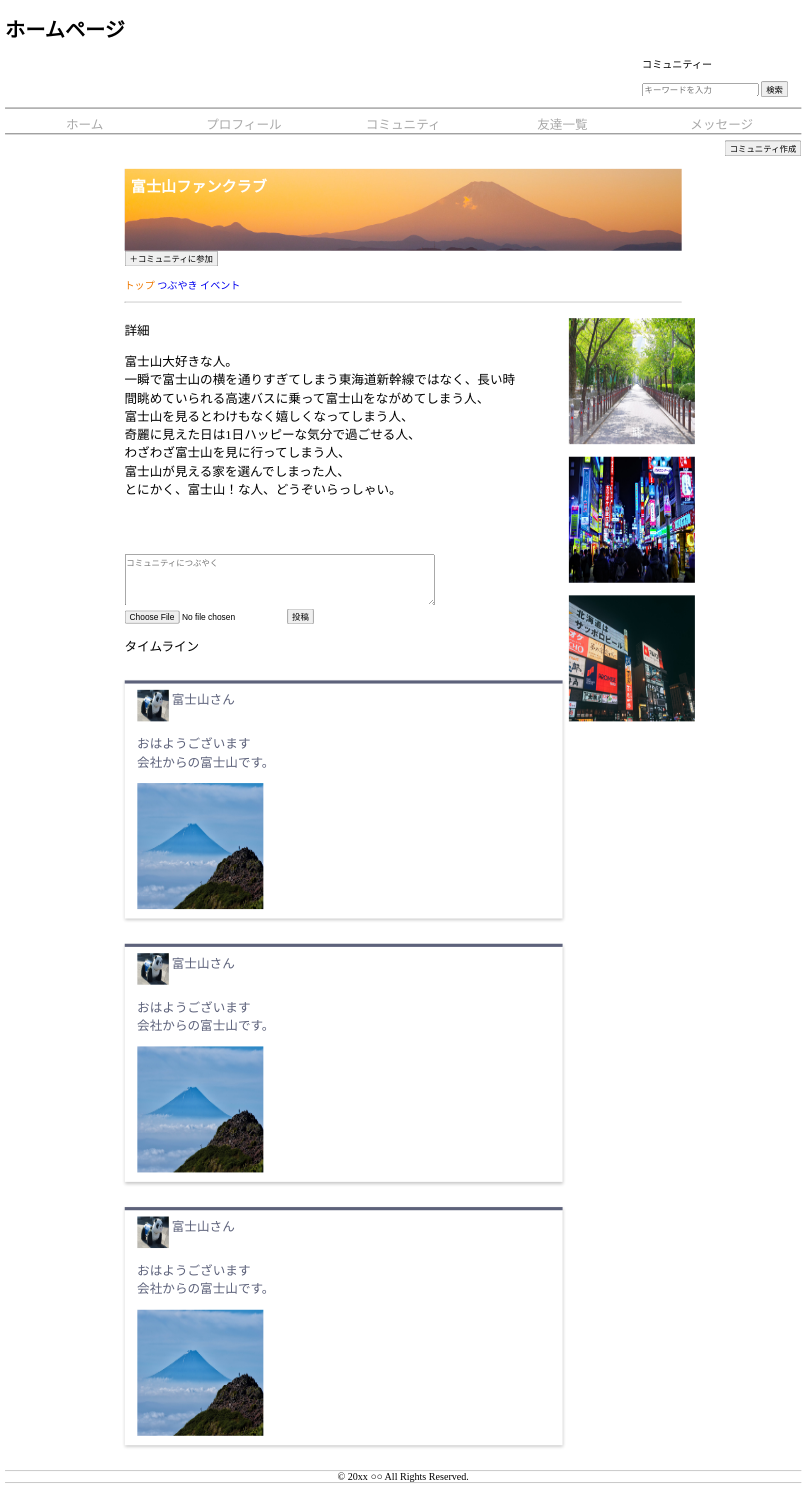
Repository: yuukiabc/samurai_PHP
Page: CMTP.html
The author's editor kept a record of every edit. The page is drawn from the files as they stood at one moment, then again after the next edit.
The browser window is 1280 px wide. The pictures show the whole page, at 63% of full size.

Above is the page before.

### CMTP.html
<!DOCTYPE html>
<html>
    <head><meta charset="UTF-8">
        <title>sns</title>
        <link rel="stylesheet"type="text/css"href="CMTP.css">
    </head>
    <body>

            <div class="f">
                <h1>ホームページ</h1>
                <div class="e">
                    <p>コミュニティー</p>
                    <input type="search" name="search" placeholder="キーワードを入力">
                    <input type="submit" name="submit" value="検索">
                </div>
            </div>

            <div class="d">
                <ul>
                    <li><a href="HP.html">ホーム</a></li>
                    <li><a href="PF.html">プロフィール</a></li>
                    <li><a href="CM.html">コミュニティ</a></li>
                    <li><a href="Friends list.html">友達一覧</a></li>
                    <li><a href="message.html">メッセージ</a></li>
                </ul>
            </div>
            <div class="menu"></div>
            <div class="h">
            <div align='right'class="i">
                <input type="submit" value="コミュニティ作成">
            </div>

            <div class="j">
                <h2>富士山ファンクラブ</h2>
            </div>
            <div class="k">
            <button type=“button” onclick="location.href='#'">＋コミュニティに参加</button>
            <p>
                <a href="CMT.html"><span>トップ</span></a><a href="CMT.html"> つぶやき</a><a href="CMI.html"> イベント</a>
            </p>
            <hr>
            </div>
            <div class="c">
                <p>
                <p>詳細</p>

                    富士山大好きな人。<br>
                    一瞬で富士山の横を通りすぎてしまう東海道新幹線ではなく、長い時<br>
                    間眺めていられる高速バスに乗って富士山をながめてしまう人、<br>
                    富士山を見るとわけもなく嬉しくなってしまう人、<br>
                    奇麗に見えた日は1日ハッピーな気分で過ごせる人、<br>
                    わざわざ富士山を見に行ってしまう人、<br>
                    富士山が見える家を選んでしまった人、<br>
                    とにかく、富士山！な人、どうぞいらっしゃい。
                </p>
                <form action="cgi-bin/formmail.cgi" method="post">
                    <textarea id="comment" name="comment"placeholder="コミュニティにつぶやく"rows="5"></textarea>
                    <input type="file" name="example1">
                    <input type="submit" value="投稿">
                </form>
                <p>タイムライン</p>
                <div class="kakomi-box8">
                    <img src="3.jpg"alt="写真"width="50" height="50"align="top">
                    富士山さん
                    <p>
                        おはようございます<br>
                        会社からの富士山です。
                    </p>
                    <img src="1.jpg"alt="写真"width="200" height="200">

                </div>
                <div class="kakomi-box8">
                    <img src="3.jpg"alt="写真"width="50" height="50"align="top">
                    富士山さん
                    <p>
                        おはようございます<br>
                        会社からの富士山です。
                    </p>
                    <img src="1.jpg"alt="写真"width="200" height="200">

                </div>
                <div class="kakomi-box8">
                    <img src="3.jpg"alt="写真"width="50" height="50"align="top">
                    富士山さん
                    <p>
                        おはようございます<br>
                        会社からの富士山です。
                    </p>
                    <img src="1.jpg"alt="写真"width="200" height="200">

                </div>
            </div>
            <div class="a">
                <p>
                    <img src="8.jpg"alt="写真">
                </p>
                <p>
                    <img src="9.jpg"alt="写真">
                </p>
                <p>
                    <img src="10.jpg"alt="写真">
                </p>
            </div>
        </div>
        <div class="g">
            <p>&copy; 20xx ○○ All Rights Reserved.</p>
        </div>
    </body>
</html>

### CMTP.css
span{
    color:#ee7800;
}
a {
text-decoration: none;
}
.f{
    border-bottom: 1px solid #2b2b2b;
    height:150px;
}
.f a {
  margin-left: 10%;
  text-decoration: none;
  font-size: 20px;
  color: #4169e1;
}
.e{
    margin-left:80%;
}
.d{
    align-content: center;
    width: 100%;
    display: block;
    margin-left: auto;
    margin-right: auto;
    overflow: hidden;

}
.d ul{
    list-style-type:none;
    padding:0;
    margin:0;
}
.d ul li{
    float: left;
    text-align:center;
    width:20%;
}
.d ul li a{

    display:block;
    height:20px;
    padding:10px;
    text-decoration: none;
    color:#a9a9a9;
    font-size:20px;
    margin:0;
}
.d ul li a:hover{
    filter:drop-shadow(10px 10px 10px black);
}
.menu{
    border-top: 1px solid #2b2b2b;
}
.h{
    overflow: hidden;


}
.a{
    height:100%;
    width:15%;
    float:left;
    padding-left:10px;
    box-sizing: border-box;
}
.a img{
    height:200px;
    width:200px;
}
.g{
    border-top: 1px solid #a9a9a9;
    border-bottom: 1px solid #a9a9a9;
    text-align:center;
}
.g p{
    margin:0;
}
.c{
    height:100%;
    width:55%;
    float:left;

    padding-left:15%;
    font-size:20px;
}
.c form textarea{
    width:70%;
}
.c form{
    padding-top:10%;
}
.i{
    padding-top:10px;
}
.j{
    background-image:url("11.jpg");
    background-size:cover;
    background-position:60% 30%;
    margin-left:auto;
    margin-right:auto;
    height:130px;
    width:70%;
}
.j h2{
    color:white;
    padding-left:10px;
    padding-top:1%;
}

.k{
    padding-left:15%;
    padding-right:15%;
}
.kakomi-box8{
    padding: 0.5em 1em;
    margin: 2em 0;
    color: #5d627b;
    background: white;
    border-top: solid 5px #5d627b;
    box-shadow: 0 3px 5px rgba(0, 0, 0, 0.22);
}

After the next edit:
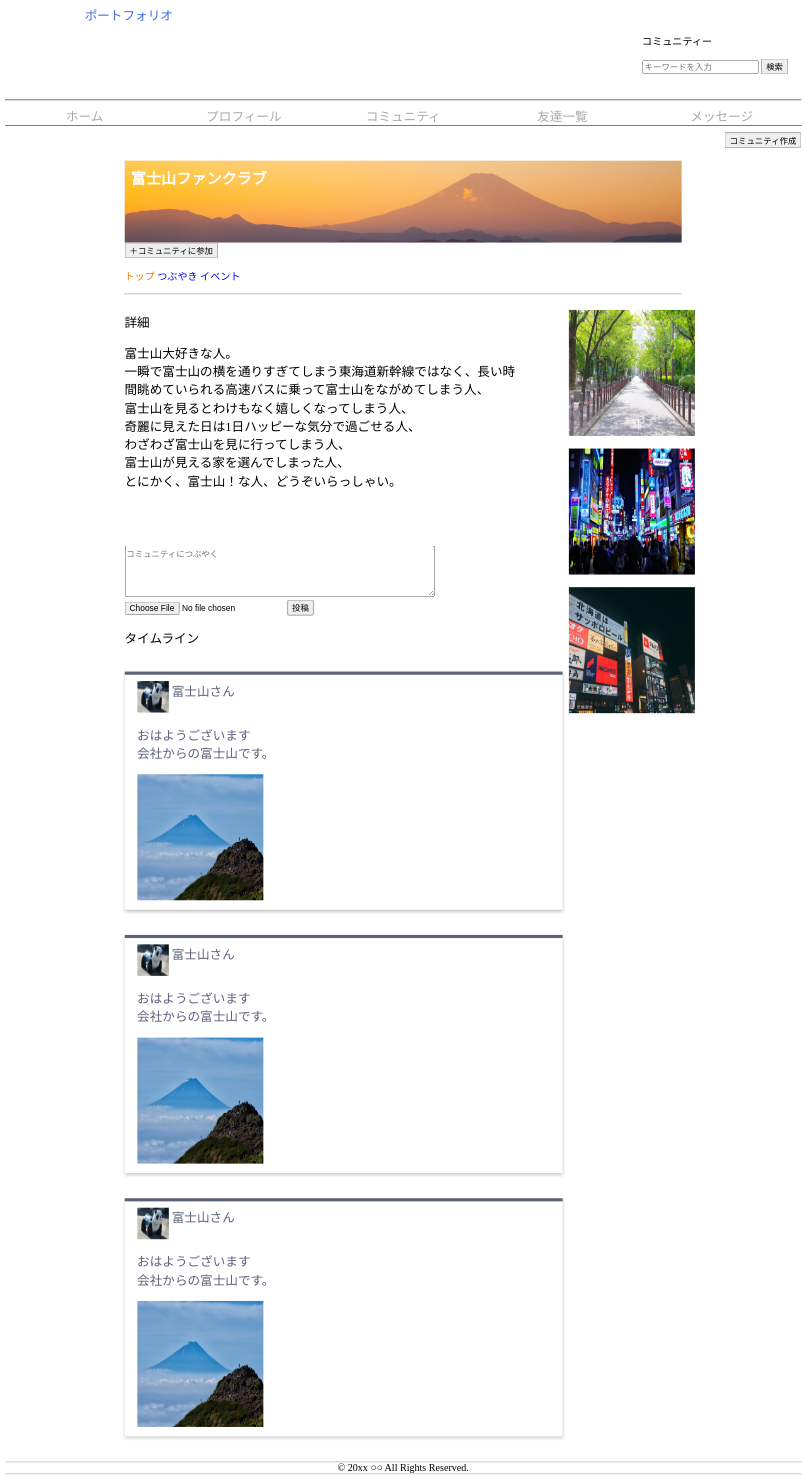
The edit:
--- a/CMTP.html
+++ b/CMTP.html
@@ -7,7 +7,7 @@
     <body>
 
             <div class="f">
-                <h1>ホームページ</h1>
+                <a href="HP.html">ポートフォリオ</a>
                 <div class="e">
                     <p>コミュニティー</p>
                     <input type="search" name="search" placeholder="キーワードを入力">
